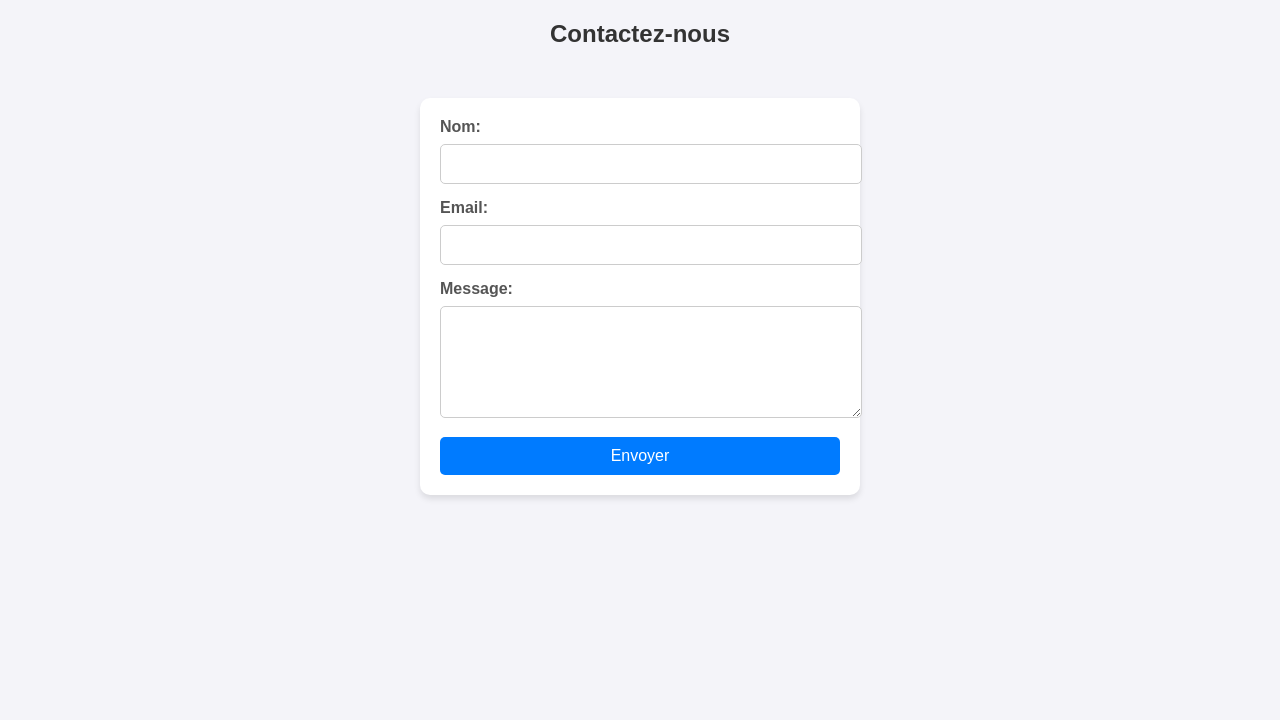
Repository: Gri-Griz/contact-form
Page: index.html
These files come from the project's save history. The page is drawn as it stood at one moment and after the next save; the edit follows.
The browser window is 1280 px wide. The pictures show the whole page.

Above is the page before, as saved 2024-11-18 23:04:26.

After the next save:
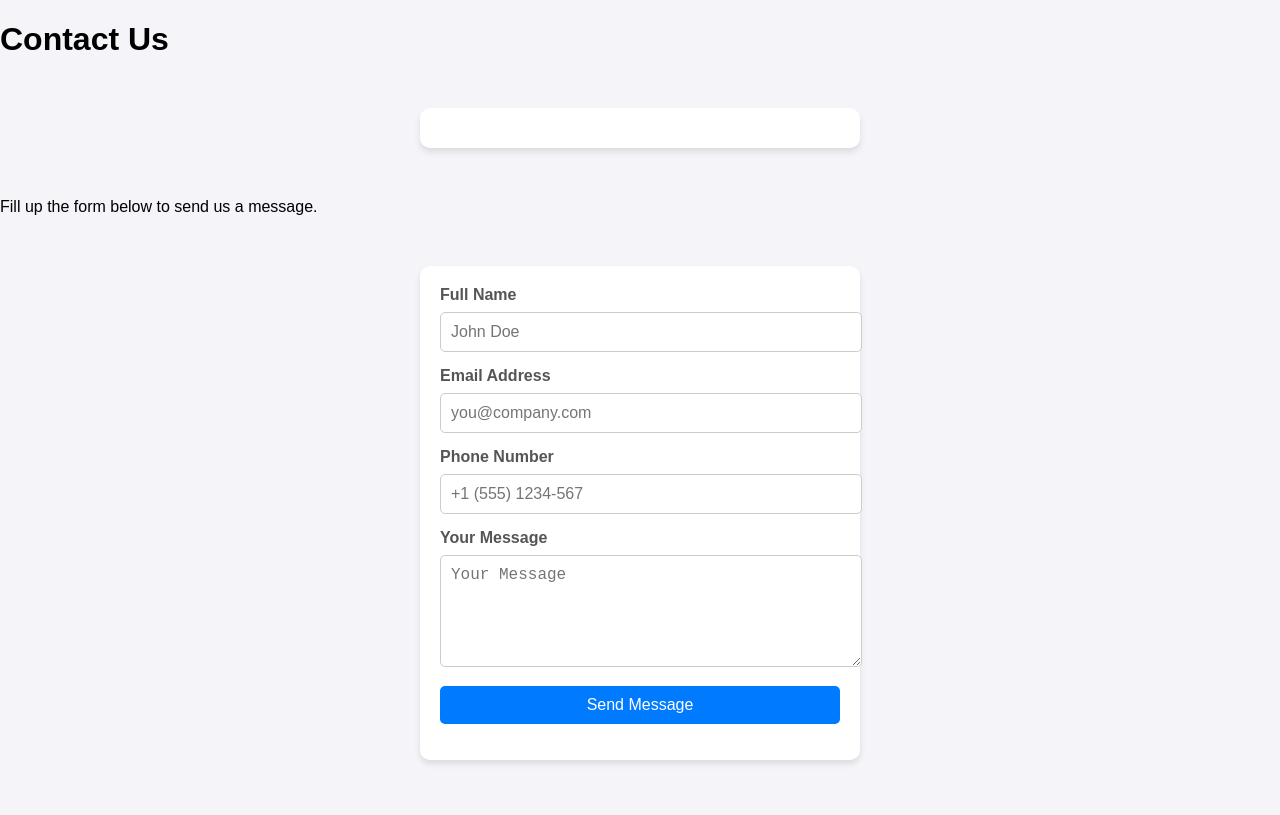
Saved 75 min 17 s later.
--- a/index.html
+++ b/index.html
@@ -8,22 +8,53 @@
     <link rel="stylesheet" href="style.css">
 </head>
 <body>
-    <h2>Contactez-nous</h2>
-    <form action="https://formsubmit.co/agogriselda@gmail.com" method="POST">
-        <!-- Champ pour le nom -->
-        <label for="name">Nom:</label>
-        <input type="text" id="name" name="nom" required>
 
-        <!-- Champ pour l'email -->
-        <label for="email">Email:</label>
-        <input type="email" id="email" name="_replyto" required>
+    <div class="flex items-center min-h-screen bg-gray-900">
+        <div class="container mx-auto">
+          <div class="max-w-md mx-auto my-10 bg-gray-800 p-5 rounded-md shadow-sm">
+            <div class="text-center">
+              <h1 class="my-3 text-3xl font-semibold text-gray-100">
+                Contact Us
+              </h1>
+              <form action="https://formsubmit.co/agogriselda@gmail.com" method="POST"></form>
+              <p class="text-gray-400 dark:text-gray-400">
+                Fill up the form below to send us a message.
+              </p>
+            </div>
+            <div class="m-7">
+              <form action="https://api.web3forms.com/submit" method="POST" id="form">
+                <input type="hidden" name="access_key" value="YOUR_ACCESS_KEY_HERE" />
+                <input type="hidden" name="subject" value="New Submission from Web3Forms" />
+                <input type="checkbox" name="botcheck" id="" style="display: none;" />
 
-        <!-- Champ pour le message -->
-        <label for="message">Message:</label>
-        <textarea id="message" name="message" rows="5" required></textarea>
+                <div class="mb-6">
+                  <label for="name" class="block mb-2 text-sm text-gray-400">Full Name</label>
+                  <input type="text" name="name" id="name" placeholder="John Doe" required class="w-full px-3 py-2 h-12 rounded-sm placeholder-gray-500 text-gray-900 bg-gray-100 text-sm focus:outline-none" />
+                </div>
+                <div class="mb-6">
+                  <label for="email" class="block mb-2 text-sm text-gray-400">Email Address</label>
+                  <input type="email" name="email" id="email" placeholder="you@company.com" required class="w-full px-3 py-2 h-12 rounded-sm placeholder-gray-500 text-gray-900 bg-gray-100 text-sm focus:outline-none" />
+                </div>
+                <div class="mb-6">
+                  <label for="phone" class="block mb-2 text-sm text-gray-400">Phone Number</label>
+                  <input type="text" name="phone" id="phone" placeholder="+1 (555) 1234-567" required class="w-full px-3 py-2 h-12 rounded-sm placeholder-gray-500 text-gray-900 bg-gray-100 text-sm focus:outline-none" />
+                </div>
+                <div class="mb-6">
+                  <label for="message" class="block mb-2 text-sm text-gray-400">Your Message</label>
 
-        <!-- Bouton d'envoi -->
-        <button type="submit">Envoyer</button>
+                  <textarea rows="5" name="message" id="message" placeholder="Your Message" class="w-full px-3 py-2 rounded-sm placeholder-gray-500 text-gray-900 bg-gray-100 text-sm focus:outline-none" required></textarea>
+                </div>
+                <div class="mb-6">
+                  <button type="submit" class="w-full bg-indigo-600 inline-block text-white no-underline hover:text-indigo-100 py-4 px-4 rounded-sm focus:outline-none">
+                    Send Message
+                  </button>
+                </div>
+                <p class="text-base text-center text-gray-400" id="result"></p>
+              </form>
+            </div>
+          </div>
+        </div>
+      </div>
     </form>
 </body>
 </html>
